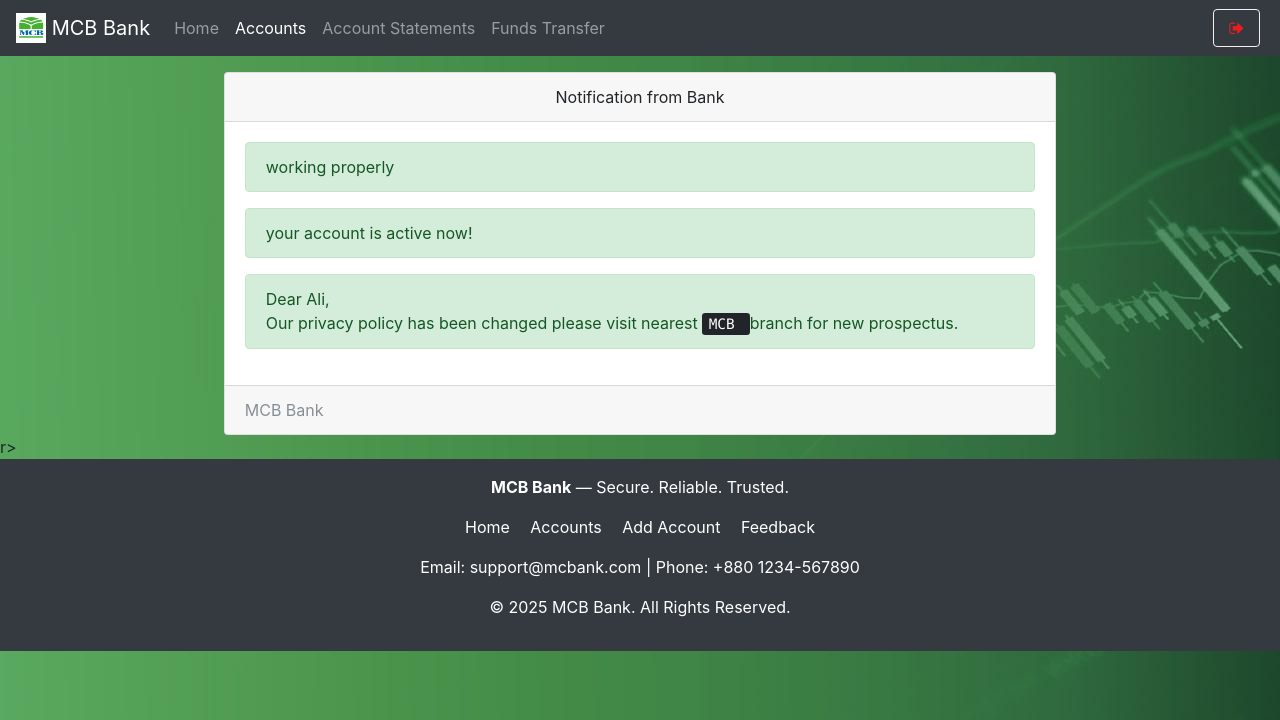
Repository: mhbshimla/my-bank
Page: http://localhost/notice.php
The author's editor kept a copy of each file at every save. The page is drawn from the files as they stood at one save, then again after the next save.
The browser window is 1280 px wide. The pictures show the whole page.
The page is run by PHP 8.4 with error messages shown; the project is at /var/www/html/. The session is filled in as if someone had signed in: {"userId": 2, "user": {"id": 2, "email": "some2@gmail.com", "name": "Ali khan", "balance": 56000, "nid": "3210375555343", "number": "03356910260", "city": "Islamabad", "address": "Some where in isb", "source": "Programmer", "accountNo": 10054777, "branch": 1, "accountType": "Saving", "date": "2017-12-14 04:50:06"}, "cashId": 2, "managerId": 2}. Other server files are loaded and not shown. The database holds what the project's SQL file puts in it.

Above is the page before, as saved 2025-10-13 21:47:13.

### notice.php
<?php
session_start();
if(!isset($_SESSION['userId'])){ header('location:login.php');}
?>
<!DOCTYPE html>
<html>
<head>
  <title>Banking</title>
  <?php require 'assets/autoloader.php'; ?>
  <?php require 'assets/db.php'; ?>
  <?php require 'assets/function.php'; ?>
</head>
<!-- <body style="background: url('images/mdashboard-bg.jpg') no-repeat center center; background-size: cover;"> -->
    <body class="min-h-screen bg-cover bg-center bg-no-repeat" style="background-image: url('images/mdashboard-bg.jpg');">
<nav class="navbar navbar-expand-lg navbar-dark bg-dark fixed-top">
 <a class="navbar-brand" href="#">
    <img src="images/logo.png" width="30" height="30" class="d-inline-block align-top" alt="">
   <!--  <i class="d-inline-block  fa fa-building fa-fw"></i> --><?php echo bankName; ?>
  </a>
  <button class="navbar-toggler" type="button" data-toggle="collapse" data-target="#navbarSupportedContent" aria-controls="navbarSupportedContent" aria-expanded="false" aria-label="Toggle navigation">
    <span class="navbar-toggler-icon"></span>
  </button>

  <div class="collapse navbar-collapse" id="navbarSupportedContent">
    <ul class="navbar-nav mr-auto">
      <li class="nav-item ">
        <a class="nav-link " href="index.php">Home <span class="sr-only">(current)</span></a>
      </li>
      <li class="nav-item active ">  <a class="nav-link" href="accounts.php">Accounts</a></li>
      <li class="nav-item ">  <a class="nav-link" href="statements.php">Account Statements</a></li>
      <li class="nav-item ">  <a class="nav-link" href="transfer.php">Funds Transfer</a></li>
      <!-- <li class="nav-item ">  <a class="nav-link" href="profile.php">Profile</a></li> -->


    </ul>
    <?php include 'sideButton.php'; ?>

  </div>
</nav><br><br><br>
<div class="container">
  <div class="card  w-75 mx-auto">
  <div class="card-header text-center">
    Notification from Bank
  </div>
  <div class="card-body">
    <?php
      $array = $con->query("select * from notice where userId = '$_SESSION[userId]' order by date desc");
      if ($array->num_rows > 0)
      {
        while ($row = $array->fetch_assoc())
        {
          echo "<div class='alert alert-success'>$row[notice]</div>";
        }
      }
      else
        echo "<div class='alert alert-info'>Notice box empty</div>";
     ?>
  </div>
  <div class="card-footer text-muted">
   <?php echo bankName ?>
  </div>
</div>
</div>r>
<footer class="bg-dark text-white text-center py-3">
  <div class="container">
    <p><strong>MCB Bank</strong> — Secure. Reliable. Trusted.</p>
    <p>
      <a href="mindex.php" class="text-white mx-2">Home</a>
      <a href="maccounts.php" class="text-white mx-2">Accounts</a>
      <a href="maddnew.php" class="text-white mx-2">Add Account</a>
      <a href="mfeedback.php" class="text-white mx-2">Feedback</a>
    </p>
    <p>Email: support@mcbank.com | Phone: +880 1234-567890</p>
    <p>&copy; <?php echo date("Y"); ?> MCB Bank. All Rights Reserved.</p>
  </div>
</footer>
</body>
</html>

### assets/autoloader.php

<link rel="stylesheet" type="text/css" href="css/bootstrap.min.css">
<link rel="stylesheet" type="text/css" href="css/custom.css">
<link rel="stylesheet" type="text/css" href="font-awesome/css/font-awesome.min.css">
<script src='js/jquery-3.2.1.min.js'></script>
<script src='js/popper.min.js'></script>
<script src='js/bootstrap.min.js'></script>

### assets/db.php
<?php
if (session_status() === PHP_SESSION_NONE) {
    session_start();
}

// ✅ Auto-switch between localhost and InfinityFree
if (in_array($_SERVER['SERVER_NAME'], ['localhost', '127.0.0.1'])) {
    // Localhost (XAMPP/WAMP)
    $con = new mysqli('localhost', 'root', '', 'mybank');
} else {
    // InfinityFree (Live Hosting)
    $con = new mysqli('sql100.infinityfree.com', 'if0_40476525', 'banK12345', 'if0_40476525_mybank');
}

// ✅ Connection check
if ($con->connect_error) {
    die("Database connection failed: " . $con->connect_error);
}

// ✅ Bank name constant
define('bankName', 'MCB Bank');

// ✅ Fetch user data safely if logged in
$userData = null;
if (isset($_SESSION['userId'])) {
    $stmt = $con->prepare("
        SELECT *
        FROM userAccounts
        JOIN branch ON userAccounts.branch = branch.branchId
        WHERE userAccounts.id = ?
    ");
    if ($stmt) {
        $stmt->bind_param("i", $_SESSION['userId']);
        $stmt->execute();
        $result   = $stmt->get_result();
        $userData = $result->fetch_assoc();
        $stmt->close();
    }
}
?>
<!-- Tooltip initialization -->
<script type="text/javascript">
$(function () {
  $('[data-toggle="tooltip"]').tooltip();
});
</script>

### assets/function.php
<?php
function setBalance($amount,$process,$accountNo)
{
	$con = new mysqli('localhost','root','','mybank');
	$array = $con->query("select * from userAccounts where accountNo='$accountNo'");
	$row = $array->fetch_assoc();
	if ($process == 'credit')
	{
		$balance = $row['balance'] + $amount;
		return $con->query("update userAccounts set balance = '$balance' where accountNo = '$accountNo'");
	}else
	{
		$balance = $row['balance'] - $amount;
		return $con->query("update userAccounts set balance = '$balance' where accountNo = '$accountNo'");
	}
}
function setOtherBalance($amount,$process,$accountNo)
{
	$con = new mysqli('localhost','root','','mybank');
	$array = $con->query("select * from otheraccounts where accountNo='$accountNo'");
	$row = $array->fetch_assoc();
	if ($process == 'credit')
	{
		$balance = $row['balance'] + $amount;
		return $con->query("update otheraccounts set balance = '$balance' where accountNo = '$accountNo'");
	}else
	{
		$balance = $row['balance'] - $amount;
		return $con->query("update otheraccounts set balance = '$balance' where accountNo = '$accountNo'");
	}
}
function makeTransaction($action,$amount,$other)
{
	$con = new mysqli('localhost','root','','mybank');
	if ($action == 'transfer')
	{
		return $con->query("insert into transaction (action,debit,other,userId) values ('transfer','$amount','$other','$_SESSION[userId]')");
	}
	if ($action == 'withdraw')
	{
		return $con->query("insert into transaction (action,debit,other,userId) values ('withdraw','$amount','$other','$_SESSION[userId]')");

	}
	if ($action == 'deposit')
	{
		return $con->query("insert into transaction (action,credit,other,userId) values ('deposit','$amount','$other','$_SESSION[userId]')");

	}
}
function makeTransactionCashier($action,$amount,$other,$userId)
{
	$con = new mysqli('localhost','root','','mybank');
	if ($action == 'transfer')
	{
		return $con->query("insert into transaction (action,debit,other,userId) values ('transfer','$amount','$other','$userId')");
	}
	if ($action == 'withdraw')
	{
		return $con->query("insert into transaction (action,debit,other,userId) values ('withdraw','$amount','$other','$userId')");

	}
	if ($action == 'deposit')
	{
		return $con->query("insert into transaction (action,credit,other,userId) values ('deposit','$amount','$other','$userId')");

	}
}
 ?>

### sideButton.php
<form class="form-inline my-2 my-lg-0">
        <!-- <a href="" class="btn btn-outline-success" data-toggle="tooltip" title="Your current Account Balance">Acount Balance : Rs.<?php echo $userData['balance']; ?></a>
        <a href="accounts.php" data-toggle="tooltip" title="Account Summary" class="btn btn-outline-primary mx-1" ><i class="fa fa-book fa-fw"></i></a>
        <a href="notice.php" data-toggle="tooltip" title="View Notice" class="btn btn-outline-primary mx-1" ><i class="fa fa-envelope fa-fw"></i></a>
        <a href="feedback.php" data-toggle="tooltip" title="Help?" class="btn btn-outline-info mx-1" ><i class="fa fa-question fa-fw"></i></a>-->
        <a href="logout.php" data-toggle="tooltip" title="Logout" class="btn btn-outline-danger mx-1" ><i class="fa fa-sign-out fa-fw"></i></a>
        <style>
.btn-outline-danger {
  color: #e91d1dff;
  border-color: #f6efefff;
  transition: all 0.3s ease;
}

.btn-outline-danger:hover {
  background-color: #e91d1dff;
  color: white;
  box-shadow: 0 0 10px rgba(96, 105, 26, 0.6);
}
</style>

</form>

### css/custom.css
.omit1{background: rgba(0,0,0,0.1);}
.omit2{background: rgba(0,0,0,0.2);}
.omit3{background: rgba(0,0,0,0.3);}
.omit4{background: rgba(0,0,0,0.4);}
.omit5{background: rgba(0,0,0,0.5);}
.omit6{background: rgba(0,0,0,0.6);}
.omit7{background: rgba(0,0,0,0.7);}
.omit8{background: rgba(0,0,0,0.8);}
.omit9{background: rgba(0,0,0,0.9);}

.shadowBlack{box-shadow: 2px 2px 11px black}
.shadowGreen{box-shadow: 2px 2px 11px green}
.shadowBlue{box-shadow: 2px 2px 11px blue}
.shadowWhite{box-shadow: 2px 2px 11px white}

### Database/mybank (1).sql (the tables this page reads)
CREATE TABLE `branch` (
  `branchId` int(11) NOT NULL,
  `branchNo` varchar(111) NOT NULL,
  `branchName` varchar(111) NOT NULL
) ENGINE=InnoDB DEFAULT CHARSET=latin1 COLLATE=latin1_swedish_ci;

INSERT INTO `branch` (`branchId`, `branchNo`, `branchName`) VALUES
(1, '100101', 'Dhaka'),
(2, '100102', 'Sylhet');

ALTER TABLE `branch`
  ADD PRIMARY KEY (`branchId`);

ALTER TABLE `branch`
  MODIFY `branchId` int(11) NOT NULL AUTO_INCREMENT, AUTO_INCREMENT=3;

CREATE TABLE `notice` (
  `id` int(11) NOT NULL,
  `userId` varchar(111) NOT NULL,
  `notice` text NOT NULL,
  `date` timestamp NOT NULL DEFAULT current_timestamp()
) ENGINE=InnoDB DEFAULT CHARSET=latin1 COLLATE=latin1_swedish_ci;

INSERT INTO `notice` (`id`, `userId`, `notice`, `date`) VALUES
(1, '1', 'Dear Customer! <br> OUr privacy policy is changed for account information get new prospectus from your nearest branch', '2017-12-14 13:11:46'),
(6, '2', 'Dear Ali,<br>\r\nOur privacy policy has been changed please visit nearest <kbd> MCB </kbd> branch for new prospectus.', '2017-12-16 06:29:23'),
(7, '8', 'you account created successfully!', '2025-08-17 15:57:42'),
(8, '9', 'your account created successfully!', '2025-08-17 16:00:32'),
(9, '6', 'hey your account in safe!', '2025-10-13 14:19:19'),
(10, '11', 'your account has been created successfully!', '2025-10-13 14:25:32'),
(11, '12', 'thanks for your patience', '2025-10-14 04:37:35'),
(12, '2', 'your account is active now!', '2025-10-19 07:40:42'),
(13, '10', 'can you get my message', '2025-10-27 17:14:26'),
(14, '2', 'working properly', '2025-10-27 17:15:58'),
(15, '13', 'Your account has been created successfully! Thanks for your patience. Wish you a happy and safe banking!', '2025-11-08 14:30:00'),
(16, '13', 'Happy Banking!', '2025-11-17 14:48:58');

ALTER TABLE `notice`
  ADD PRIMARY KEY (`id`);

ALTER TABLE `notice`
  MODIFY `id` int(11) NOT NULL AUTO_INCREMENT, AUTO_INCREMENT=17;

CREATE TABLE `useraccounts` (
  `id` int(11) NOT NULL,
  `email` text NOT NULL,
  `password` text NOT NULL,
  `name` varchar(111) NOT NULL,
  `balance` varchar(111) NOT NULL,
  `nid` varchar(111) NOT NULL,
  `number` varchar(111) NOT NULL,
  `city` varchar(111) NOT NULL,
  `address` varchar(111) NOT NULL,
  `source` varchar(111) NOT NULL,
  `accountNo` varchar(111) NOT NULL,
  `branch` varchar(111) NOT NULL,
  `accountType` varchar(111) NOT NULL,
  `date` timestamp NOT NULL DEFAULT current_timestamp()
) ENGINE=InnoDB DEFAULT CHARSET=latin1 COLLATE=latin1_swedish_ci;

INSERT INTO `useraccounts` (`id`, `email`, `password`, `name`, `balance`, `nid`, `number`, `city`, `address`, `source`, `accountNo`, `branch`, `accountType`, `date`) VALUES
(2, 'some2@gmail.com', 'some2', 'Ali khan', '56000', '3210375555343', '03356910260', 'Islamabad', 'Some where in isb', 'Programmer', '10054777', '1', 'Saving', '2017-12-14 04:50:06'),
(6, 'realx4rd@gmail.com', 'afsdfasd', 'Fayyaz Khan', '234234', '3240338834902', '03356910260', 'Taunsa', 'Dera Ghazi Khan', 'Govt. job', '1513410739', '1', 'saving', '2017-12-16 07:52:40'),
(7, 'realx4rd@gmail.com', 'safsadf', 'Fayyaz Khan', '12121', '3240338834902', '03356910260', 'Taunsa', 'Dera Ghazi Khan', 'Govt. job', '1513410837', '1', 'current', '2017-12-16 07:54:18'),
(8, 'uracc@gmail.com', 'uracc', 'uracc', '500', '1', '01890040951', 'sylhet', 'south surma,sylhet', 'business', '1755446085', '1', 'current', '2025-08-17 15:56:42'),
(10, 'sjahan@gmail.com', 'sjahan', 'shuborna', '9993565', '1', '01562536474', 'dhaka', 'north south surma', 'business', '1757345500', '2', 'saving', '2025-09-08 15:35:00'),
(11, 'ayana10@gmail.com', 'ayana10', 'Ayana Hussain', '13000000', '205364253', '01853462422', 'sylhet', 'south surma,sylhet', 'business', '1760365343', '2', 'saving', '2025-10-13 14:24:20'),
(12, 'shimla09@gmail.com', 'shimla09', 'shimla', '14390244', '4235345666', '01853524345', 'sylhet', 'south surma,sylhet', 'job', '1760416459', '1', 'current', '2025-10-14 04:36:47'),
(13, 'arib05@gmail.com', 'arib05', 'arib', '2476544', '1234414302', '01804414302', 'Sylhet', 'South Surma, Sylhet-3100', 'business', '1762611572', '2', 'saving', '2025-11-08 14:22:38');

ALTER TABLE `useraccounts`
  ADD PRIMARY KEY (`id`);

ALTER TABLE `useraccounts`
  MODIFY `id` int(11) NOT NULL AUTO_INCREMENT, AUTO_INCREMENT=14;

Loaded but not shown: css/bootstrap.min.css (library); font-awesome/css/font-awesome.min.css (library); js/jquery-3.2.1.min.js (library); js/popper.min.js (library); js/bootstrap.min.js (library)

After the next save:
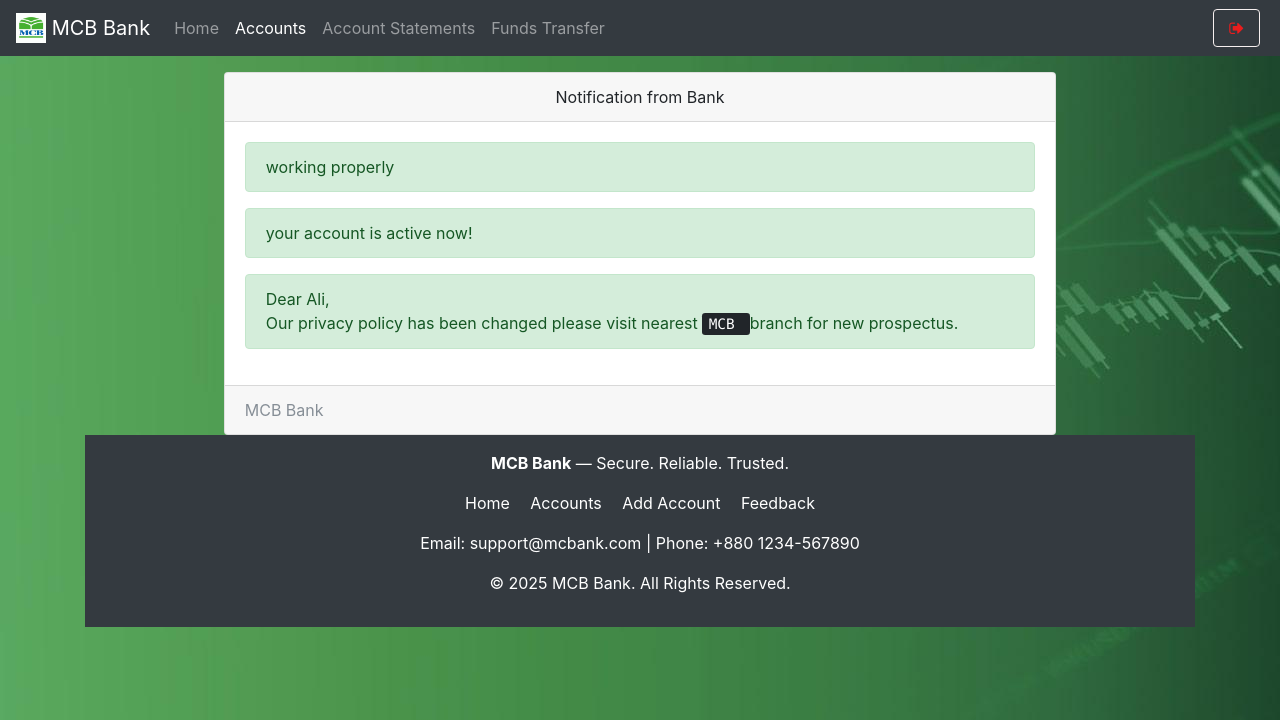
Saved 2 min 23 s later.
--- a/notice.php
+++ b/notice.php
@@ -60,7 +60,6 @@
    <?php echo bankName ?>
   </div>
 </div>
-</div>r>
 <footer class="bg-dark text-white text-center py-3">
   <div class="container">
     <p><strong>MCB Bank</strong> — Secure. Reliable. Trusted.</p>
